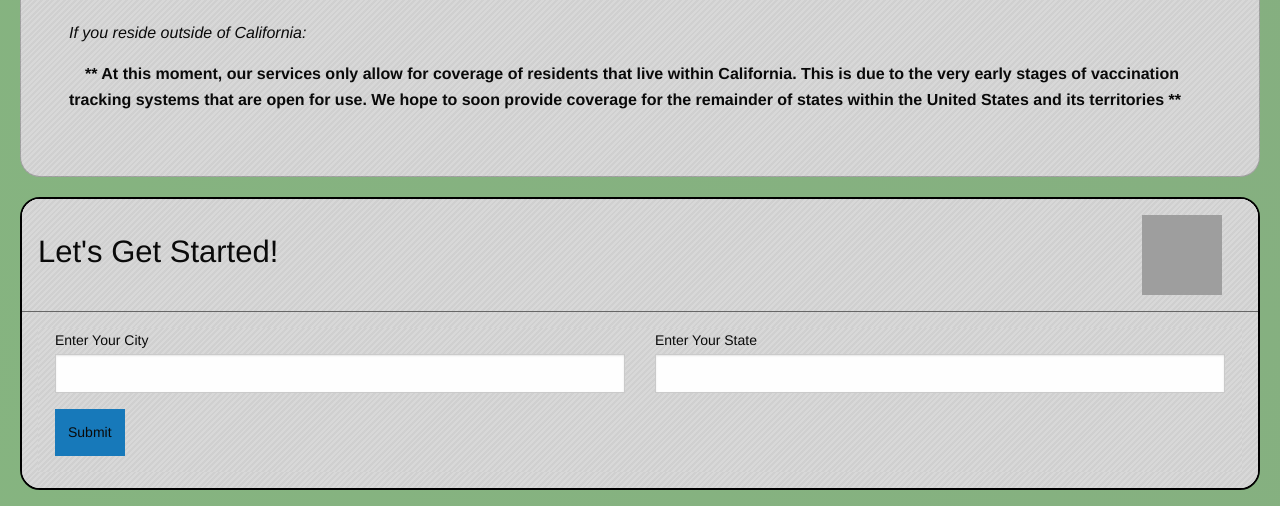
Repository: seddboi/Save-A-Shot
Page: index.html
The author's editor kept a copy of each file at every save. The page is drawn from the files as they stood at one save, then again after the next save.
The browser window is 1280 px wide. The pictures show the part of the page from y = 1208 to 1714 px (the page is 1714 px tall before and 1710 px after).
Pictures or frames that could not be fetched are drawn as grey boxes. A picture or video elsewhere on the page could not be fetched, so the positions and the page height are approximate. The page's requests for data from a server got no answer. Some web libraries are served in a nearby version.

Above is the page before, as saved 2021-03-19 19:34:38.

### index.html
<!DOCTYPE html>
<html lang="en">
  <head>
    <meta charset="UTF-8" />
    <meta name="viewport" content="width=device-width, initial-scale=1.0" />
    <meta http-equiv="X-UA-Compatible" content="ie=edge" />

    <link rel="stylesheet" href="https://pro.fontawesome.com/releases/v5.10.0/css/all.css"
    integrity="sha384-AYmEC3Yw5cVb3ZcuHtOA93w35dYTsvhLPVnYs9eStHfGJvOvKxVfELGroGkvsg+p"
    crossorigin="anonymous"
    />

    <link rel="stylesheet" href="https://cdn.jsdelivr.net/npm/foundation-sites@6.6.3/dist/css/foundation.min.css"
    integrity="sha256-ogmFxjqiTMnZhxCqVmcqTvjfe1Y/ec4WaRj/aQPvn+I="
    crossorigin="anonymous">

    <link rel="stylesheet" href="./assets/css/style.css" />
    <title>Save-A-Shot</title>
  </head>

  <body>
    <div class="top-bar">
      <div class="top-bar-left">
        <h5 class="menu-text"><strong>Save-A-Shot</strong></h5>
      </div>
      <div class="top-bar-right">
        <ul class="menu" id='menu'>
          <li><a href="#mission">About</a></li>
          <li><a href=#services>Services</a></li>
          <li><a href="#start-form">Get Started</a></li>
        </ul>
      </div>
    </div>

    <div class="main-title">
      <div class="main-title-text">
          <h1>Welcome to <br /><strong>Save-A-Shot</strong></h1>
      </div>
    </div>


    <div id ='mission' class="callout grid-x primary clearfix ">
      <div class='grid-x grid-padding-x align-spaced align-middle'>
        <div class='cell small-6'>
          <h3>Our Mission</h3>
          <p>&emsp;As the pandemic continues to spread wildly around us, we have all had to face the stress and uncertainty of how our safety and health could result in the end. So with Save-A-Shot, we wanted to create a universal mapping program that could assist in keeping you safe from the Coronavirus 2019. With the vaccine still being relatively new, there is much uncertainty and confusion of how and where you could get the vaccine. Whether it be for yourself or your loved ones, Save-A-Shot was made out to create a universal guide to locating and scheduling vaccination appointments, at the simple click of a button.</p>
        </div>
        <img id='get-vaccinated-gif' src="https://media.giphy.com/media/FO8CZ01HoTCA5ahQQq/giphy.gif">
      </div>
    </div>

    <div id='services' class="callout large primary">
      <div id='top-section-services' class='grid-x align-justify align-middle'>
        <img id='multi-vax-gif' class='large-order-1 medium-order-1 small-order-2' src='https://media.giphy.com/media/eCYMDIvccUYqNjTXHr/giphy.gif'>
        <div class='cell small-6 large-order-2 medium-order-2 small-order-1 grid-y'>
          <h3>How We Can Help</h3>
          <p><em>If you reside within California:</em>
            <ul>
              <li>We provide information on how widespread the virus is in your area</li>
              <li>We present a localized map of nearby clinics/hospitals/pharmacies that provide COVID 19 vaccination services</li>
              <li>We also provide the ability to follow another link to schedule a vaccination appointment (where availability and accessibility allows)</li>
            </ul>
          </p>
        </div>
      </div>
      <p><em>If you reside outside of California:</em>
        <p>&emsp;<strong>** At this moment, our services only allow for coverage of residents that live within California. This is due to the very early stages of vaccination tracking systems that are open for use. We hope to soon provide coverage for the remainder of states within the United States and its territories **</strong></p>
      </p>
    </div>

    <div id='bottom-form' class="card grid-x" >
      <div id='card-divider'class="card-divider align-justify align-middle">
        <h3 id='start-form'>Let's Get Started!</h3>
        <img id='virus-gif' src="https://media.giphy.com/media/GWW6OQgQyJLHB0rkx3/giphy.gif">
      </div>
      <div class="card-section" id='card-section'>
        <form id='form'>
          <div class="grid-container">
            <div class="grid-x grid-padding-x">
              <div class="medium-6 cell">
                <label>Enter Your City
                  <input id ='city' type="text" >
                </label>
              </div>
              <div class="medium-6 cell">
                <label>Enter Your State
                  <input id='state' type="text" >
                </label>
              </div>
            </div>
            <button type='button' class='button small'>
              <a href='results.html'><label>Submit</label></a>
            </button>
          </div>

          <!-- or ...

          <div class='grid-container'>
            <div class='grid-x grid-padding-x'>
              <label>
                Enter Your Zip Code
                <input id='zipcode' class='cell medium-6' type="number" >
              </label>
            </div>
            <button href='results.html' type='button' class='button'>
              <a href='results.html'><label>Submit</label></a>
            </button>
          </div> -->
        </form>
      </div>
    </div>



    <script src="https://cdnjs.cloudflare.com/ajax/libs/jquery/3.2.1/jquery.min.js"></script>
    <script src='./assets/js/scheduler.js'></script>
  </body>

### assets/css/style.css
* {
    box-sizing: border-box;
}

/*  Animated Gradient Background created with https://www.gradient-animator.com */
body {
    background: linear-gradient(233deg, #404046, #6f7a6c, #84a480, #86b880);
    background-size: 800% 800%;

    -webkit-animation: dark-gradient 10s ease infinite;
    -moz-animation: dark-gradient 10s ease infinite;
    animation: dark-gradient 10s ease infinite;
}

@-webkit-keyframes dark-gradient {
    0%{background-position:86% 0%}
    50%{background-position:15% 100%}
    100%{background-position:86% 0%}
}
@-moz-keyframes dark-gradient {
    0%{background-position:86% 0%}
    50%{background-position:15% 100%}
    100%{background-position:86% 0%}
}
@keyframes dark-gradient {
    0%{background-position:86% 0%}
    50%{background-position:15% 100%}
    100%{background-position:86% 0%}
}

.top-bar {
    background-color: #f0a647;
    border: 5px outset rgb(128, 128, 128);
    border-radius: 10px;;
    margin: 5px;
}

#menu {
    background-color: #f0a647;
}

.main-title {
    background: url("https://cdn.the-scientist.com/assets/articleNo/68059/hImg/40017/istock-1215208129-banner-l.png") 50% no-repeat;
    background-size: cover;
    height: 50vh;
    border-radius: 10px;
    margin-left: 20px;
    margin-right: 20px;
    margin-top: 20px;
    text-align: center;
    display: -webkit-flex;
    display: -ms-flexbox;
    display: flex;
    -webkit-align-items: center;
        -ms-flex-align: center;
            align-items: center;
    -webkit-justify-content: center;
        -ms-flex-pack: center;
            justify-content: center;
}

#bottom-form {
    background-image: repeating-linear-gradient(315deg, rgba(134,134,134, 0.1) 0px, rgba(134,134,134, 0.1) 2px,transparent 2px, transparent 4px),linear-gradient(270deg, rgb(216,216,216),rgb(216,216,216));    border: 1px solid#666;
    margin-left: 20px;
    margin-right: 20px;
    margin-top: 20px;
    border: 2px double #000000;
    border-radius: 20px;
}

#card-divider {
    border-bottom: 1px solid #666;
}

#card-divider {
    background-image: repeating-linear-gradient(315deg, rgba(134,134,134, 0.1) 0px, rgba(134,134,134, 0.1) 2px,transparent 2px, transparent 4px),linear-gradient(270deg, rgb(216,216,216),rgb(216,216,216));
}

.main-title-text {
    color: #fefefe;
    text-shadow: 3px 3px 7px #0a0a0a;
}

#mission {
    margin-left: 20px;
    margin-right: 20px;
    margin-top: 20px;
    border-radius: 20px;
    background-image: repeating-linear-gradient(315deg, rgba(134,134,134, 0.1) 0px, rgba(134,134,134, 0.1) 2px,transparent 2px, transparent 4px),linear-gradient(270deg, rgb(216,216,216),rgb(216,216,216));
}

#get-vaccinated-gif {
    width: 300px;
    height: auto;
    border: 1px solid#666;
    border-radius: 7px;
}

#services {
    margin-left: 20px;
    margin-right: 20px;
    margin-top: 20px;
    border-radius: 20px;
    background-image: repeating-linear-gradient(315deg, rgba(134,134,134, 0.1) 0px, rgba(134,134,134, 0.1) 2px,transparent 2px, transparent 4px),linear-gradient(270deg, rgb(216,216,216),rgb(216,216,216));
}

#top-section-services {
    margin-bottom: 40px;
}

#multi-vax-gif {
    width: 40%;
    height: 40%;
    border: 1px solid#666;
    border-radius: 7px;
}

#card-section {
    background-image: repeating-linear-gradient(315deg, rgba(134,134,134, 0.1) 0px, rgba(134,134,134, 0.1) 2px,transparent 2px, transparent 4px),linear-gradient(270deg, rgb(216,216,216),rgb(216,216,216));
}

#form {
    background-image: repeating-linear-gradient(315deg, rgba(134,134,134, 0.1) 0px, rgba(134,134,134, 0.1) 2px,transparent 2px, transparent 4px),linear-gradient(270deg, rgb(216,216,216),rgb(216,216,216));
}

#virus-gif {
    width: 80px;
    height: 80px;
    margin-right: 20px;
}

### assets/js/scheduler.js
// This is our Javascript:

var website = "https://api.vaccinateca.com/v1/locations.json"
var zip = 92101;

var dataSet = function(url){
    fetch(url).then(function(response){
        if(response.ok){
            response.json().then(data => {
                console.log(data)
                var count = 0;

                for(var i = 0; i < data.content.length; i++){
                    count++;
                    var address = data.content[i].Address;

                    if("Availability Info" in data.content[i]){
                        var available = data.content[i]["Availability Info"][0];
                        if(available.includes("Yes")){
                            getLocations(zip, address);
                        }
                    }
                    else{
                        continue;
                    }
                }
            })
        }
        else{
            console.log("error: " + response.statusText)
        }
    })
}

function getLocations(zipCode, address){
    try{
        if(address.includes(zipCode)){//might need a function next here.
            console.log(address)
        }
    }catch{
        // need to add something since it returns undefined and might cause a problem later.
        console.log("Error")
    }
}

dataSet(website);

// Starting from here the maps api section is here.
// keep this for now this is using google maps and for the map on the website
// maybe use open street map instead

// var script = document.createElement("script");
// var mapArea = document.createElement("div");
// var key = "AIzaSyAA56LyLz0Je0lF6xwbl9DLhzuI_QOurJM"
// var mapsite = "https://maps.googleapis.com/maps/api/js?key=" + key + "&callback=initMap&libraries=&v=weekly"

// mapArea.id = "map";
// mapArea.style.height = "100%";
// script.src = mapsite;

// document.body.insertBefore(mapArea, document.body.firstChild)
// document.body.appendChild(script);

// let map;

// function initMap() {
//   map = new maps.Map(mapArea, {
//     center: { lat: -34.397, lng: 150.644 },
//     zoom: 8,
//   });
// }

// initMap();

After the next save:
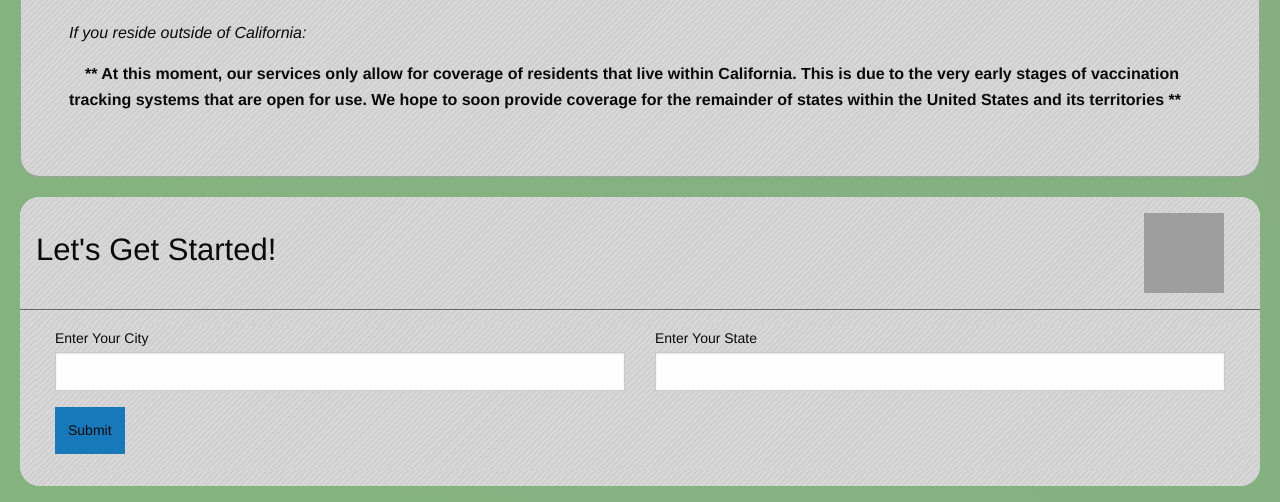
Saved 63 s later.
--- a/assets/css/style.css
+++ b/assets/css/style.css
@@ -64,7 +64,7 @@
     margin-left: 20px;
     margin-right: 20px;
     margin-top: 20px;
-    border: 2px double #000000;
+    border: 2px #000000;
     border-radius: 20px;
 }
 

After the save that followed:
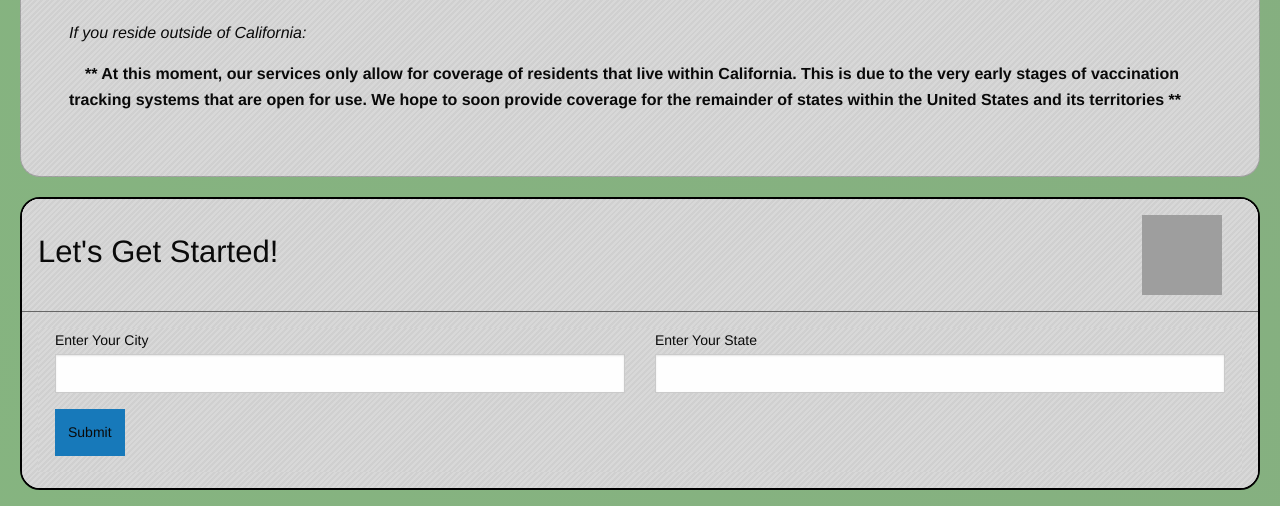
Saved 8 s later.
--- a/assets/css/style.css
+++ b/assets/css/style.css
@@ -65,6 +65,7 @@
     margin-right: 20px;
     margin-top: 20px;
     border: 2px #000000;
+    border-style: double;
     border-radius: 20px;
 }
 
